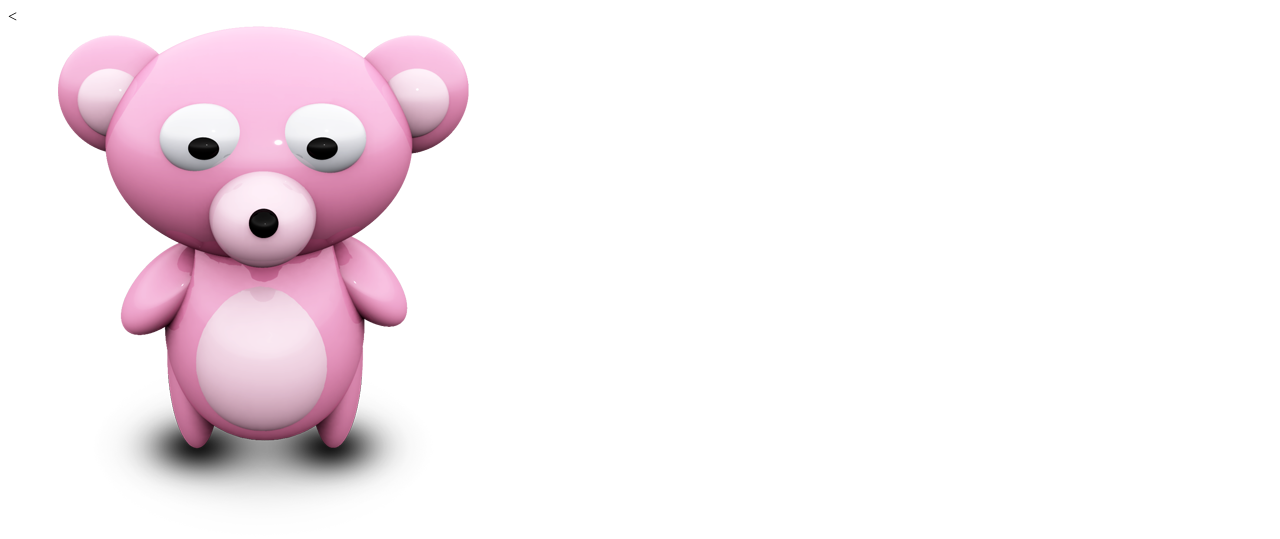
Repository: BaekJiGyeong/JSP_web
Page: http://localhost/Article/
An editor plug-in stored every save of this project. The page is shown before and after the next save, followed by the edit.
The browser window is 1280 px wide. The pictures show the whole page.
The page is served by Tomcat 9. Other server files are loaded and not shown.

Above is the page before, as saved 2016-03-03 05:12:18.

### Article/WebContent/index.jsp
<%@ page language="java" contentType="text/html; charset=UTF-8"
    pageEncoding="UTF-8"%>

<<jsp:include page="./WEB-INF/view/common/header.jsp"></jsp:include>

### Article/WebContent/WEB-INF/view/common/header.jsp
<%@ page language="java" contentType="text/html; charset=UTF-8"
    pageEncoding="UTF-8"%>
<!DOCTYPE html>
<html>
<head>
<meta http-equiv="Content-Type" content="text/html; charset=UTF-8">
<title>회원제 게시판</title>
</head>
<body>

	<div id="wrapper">

		<div id="header">

			<img src="/resource/img/icon.png" />

		</div>

After the next save:
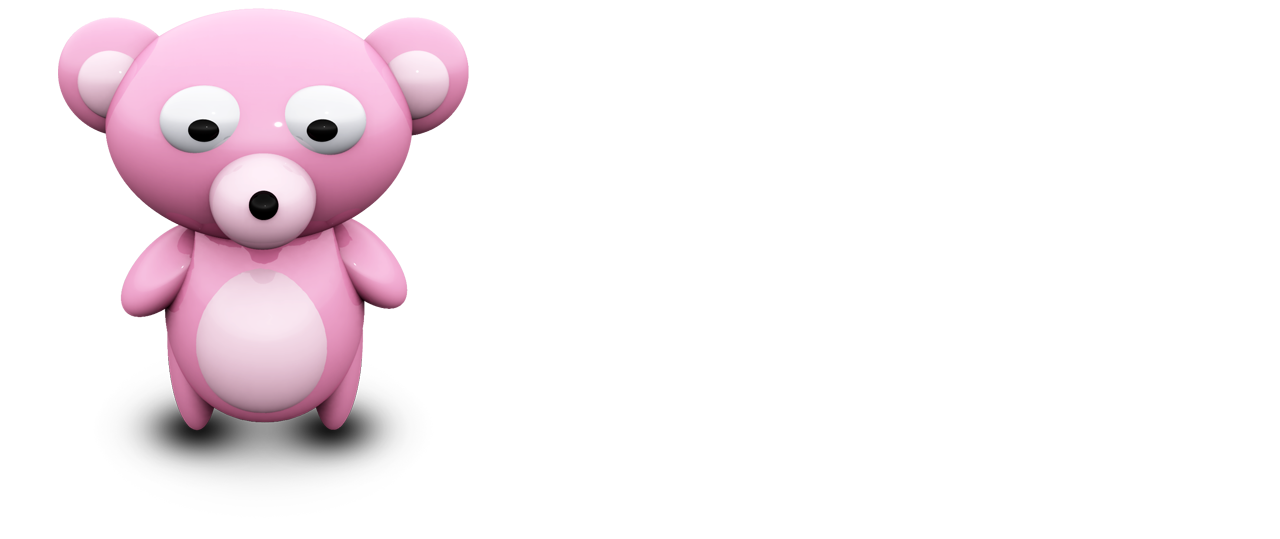
Saved 2 min 21 s later.
--- a/Article/WebContent/index.jsp
+++ b/Article/WebContent/index.jsp
@@ -1,4 +1,4 @@
 <%@ page language="java" contentType="text/html; charset=UTF-8"
     pageEncoding="UTF-8"%>
 
-<<jsp:include page="./WEB-INF/view/common/header.jsp"></jsp:include>
+<jsp:include page="./WEB-INF/view/common/header.jsp"></jsp:include>
